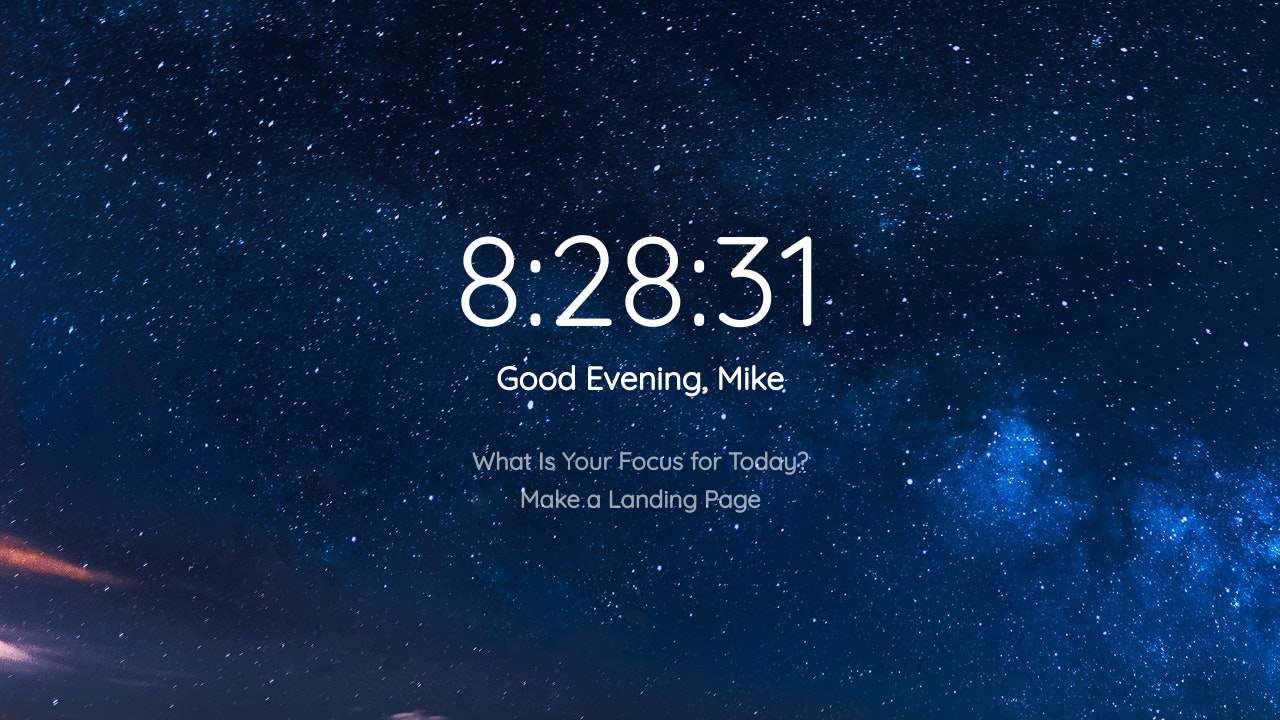
Repository: MikeTroianello/Landing-Page
Page: index.html
The author's editor kept a copy of each file at every save. The page is drawn from the files as they stood at one save, then again after the next save.
The browser window is 1280 px wide. The pictures show the whole page.

Above is the page before, as saved 2019-06-19 23:52:36.

### index.html
<!DOCTYPE html>
<html lang="en">
  <head>
    <meta charset="UTF-8" />
    <meta name="viewport" content="width=device-width, initial-scale=1.0" />
    <meta http-equiv="X-UA-Compatible" content="ie=edge" />
    <link
      href="https://fonts.googleapis.com/css?family=Quicksand&display=swap"
      rel="stylesheet"
    />
    <link rel="stylesheet" href="./style.css" />
    <title>Greetings!</title>
  </head>
  <body>
    <time id="time"></time>
    <h1>
      <span id="greeting"></span>
      <span id="name" contenteditable="true">Mike</span>
    </h1>
    <!-- <h2 id="focus">What Is Your Focus for Today?</h2> -->
    <h2>What Is Your Focus for Today?</h2>
    <h2 contenteditable="true">Make a Landing Page</h2>

    <script src="main.js"></script>
  </body>
</html>

### style.css
* {
  box-sizing: border-box;
  margin: 0;
  padding: 0;
}

body {
  font-family: 'Quicksand', sans-serif;
  display: flex;
  flex-direction: column;
  align-items: center;
  justify-content: center;
  text-align: center;
  height: 100vh;
  color: 'black';
}

#time {
  font-size: 8rem;
}

h1 {
  margin-bottom: 3rem;
}

h2 {
  margin-bottom: 0.5rem;
  opacity: 0.6;
}

@media (max-width: 700px) {
  #time {
    font-size: 6rem;
  }
}

### main.js
// DOM Elements
const time = document.getElementById('time'),
  greeting = document.getElementById('greeting'),
  name = document.getElementById('name'),
  focus = document.getElementById('focus');

//SHOW TIME

function showTime() {
  let today = new Date(),
    hour = today.getHours(),
    min = today.getMinutes(),
    sec = today.getSeconds();

  //SET AM OR PM
  const amPm = hour >= 12 ? 'PM' : 'AM';

  //12 Hour Format
  hour = hour % 12 || 12;

  //Output Time
  time.innerHTML = `${hour}<span>:</span>${addZero(min)}<span>:</span>${addZero(
    sec
  )}`;

  setTimeout(showTime, 1000);
}

function addZero(x) {
  return (x < 10 ? '0' : '') + x;
}

//Background

function timeGreeting() {
  let today = new Date(),
    hour = today.getHours();

  if (hour > 17) {
    greeting.innerText = 'Good Evening,';
    document.body.style.backgroundImage = 'url(./img/night.jpg)';
    document.body.style.color = 'white';
  } else if (hour < 12) {
    greeting.innerText = 'Good Morning,';
    document.body.style.backgroundImage = 'url(./img/morning.jpg)';
  } else {
    greeting.innerText = 'Good Afternoon,';
    document.body.style.backgroundImage = 'url(./img/afternoon.jpg)';
  }
}

showTime();
timeGreeting();

After the next save:
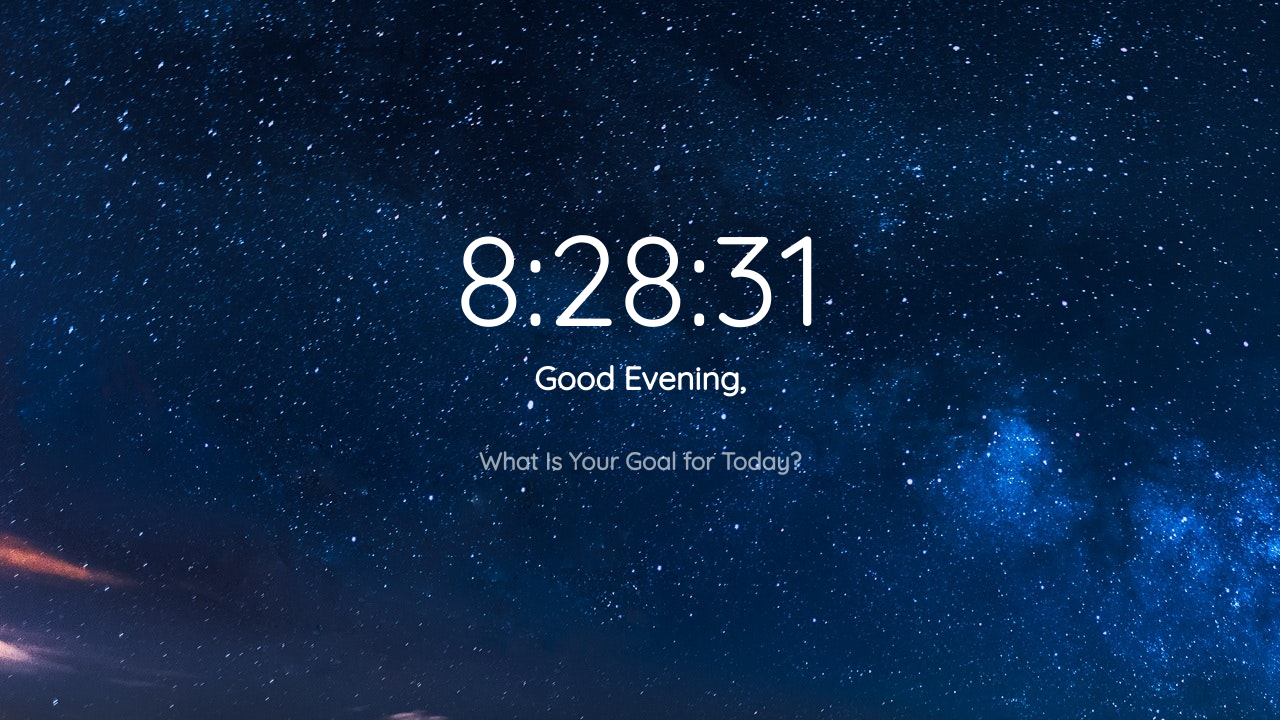
Saved 18 s later.
--- a/index.html
+++ b/index.html
@@ -15,11 +15,11 @@
     <time id="time"></time>
     <h1>
       <span id="greeting"></span>
-      <span id="name" contenteditable="true">Mike</span>
+      <span id="name" contenteditable="true"></span>
     </h1>
     <!-- <h2 id="focus">What Is Your Focus for Today?</h2> -->
-    <h2>What Is Your Focus for Today?</h2>
-    <h2 contenteditable="true">Make a Landing Page</h2>
+    <h2>What Is Your Goal for Today?</h2>
+    <h2 contenteditable="true"></h2>
 
     <script src="main.js"></script>
   </body>
